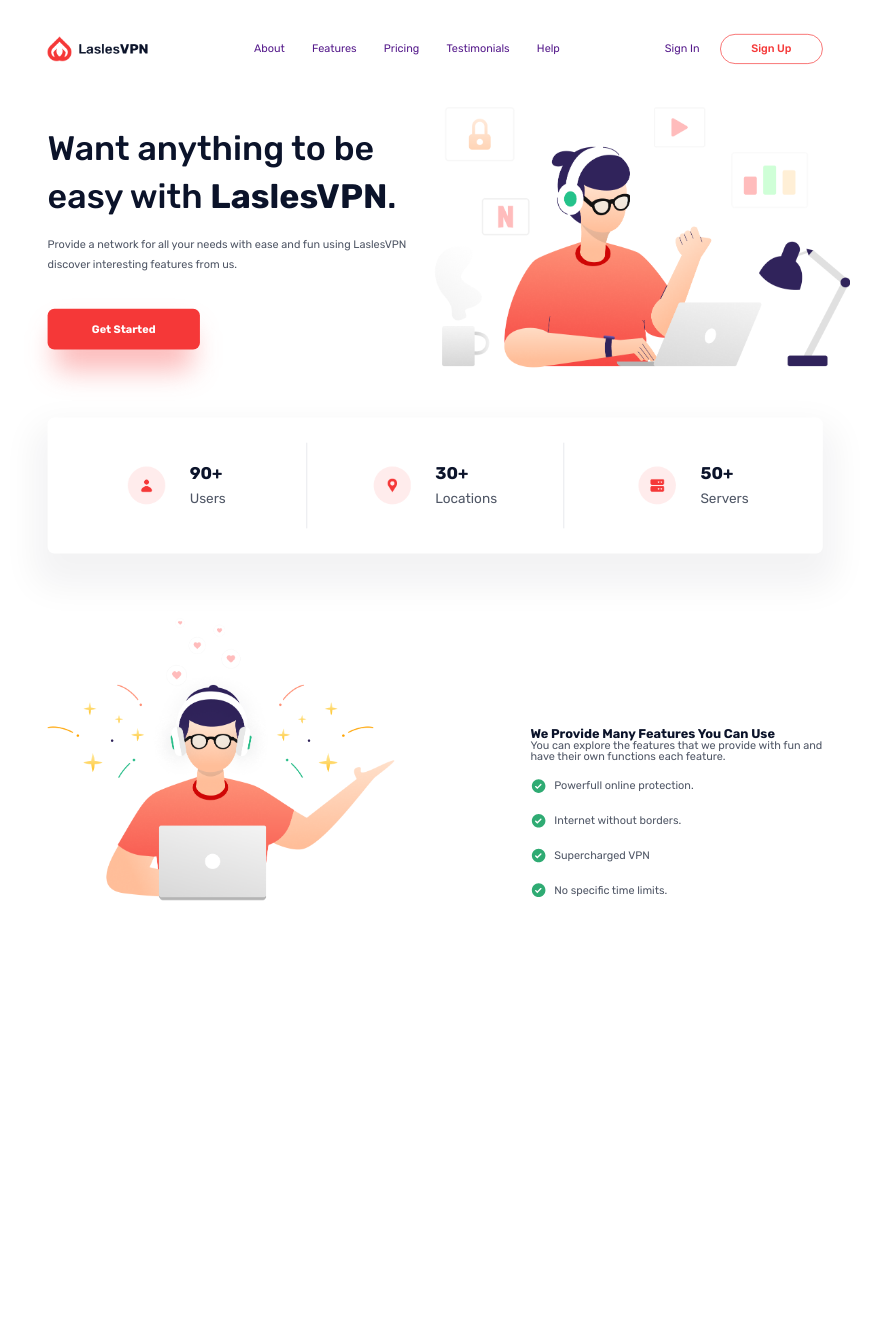
Repository: dangpham205/LaslesVPN-Landing-Page
Page: index.html
These files come from the project's save history. The page is drawn as it stood at one moment and after the next save; the edit follows.
The browser window is 1280 px wide. The pictures show the whole page, at 68% of full size.

Above is the page before, as saved 2022-07-19 21:23:09.

After the next save:
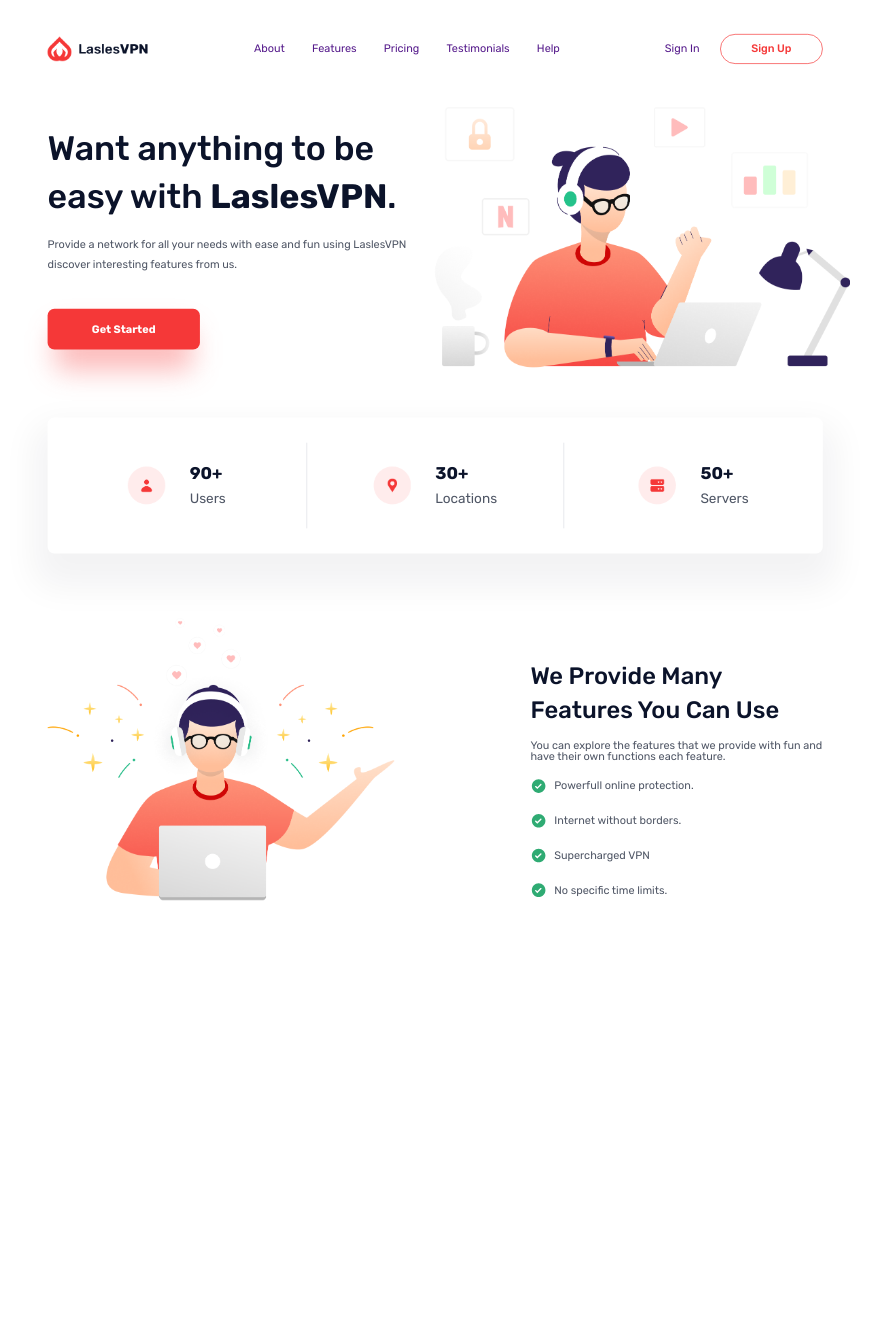
Saved 56 s later.
--- a/index.html
+++ b/index.html
@@ -106,7 +106,7 @@
                             <img src="" alt="" srcset="./assets/img/feature.png 2x">
                         </div>
                         <div class="feature__content">
-                            <h3 class="feature__title">We Provide Many Features You Can Use</h3>
+                            <h3 class="feature__title heading">We Provide Many Features You Can Use</h3>
                             <p class="feature__desc">You can explore the features that we provide with fun and have their own functions each feature.
 
                             </p>
